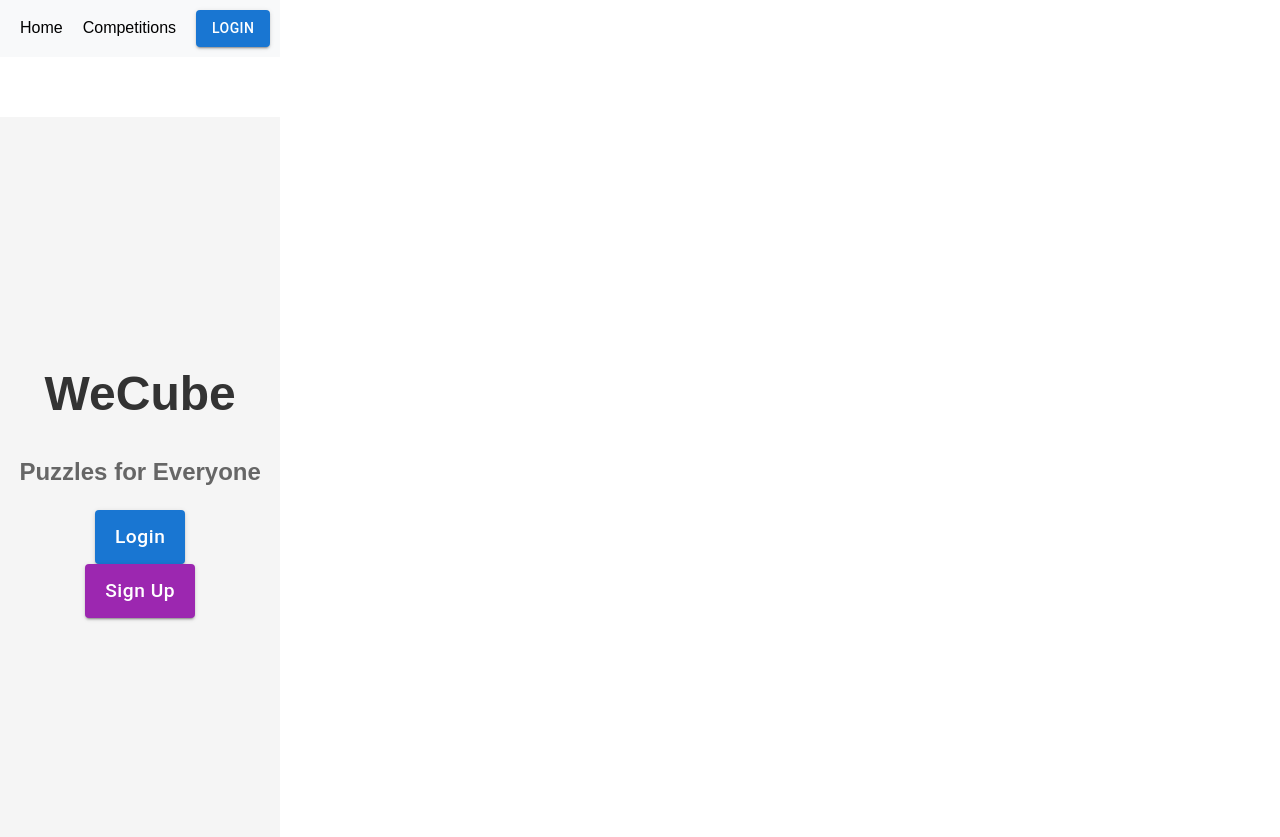
Repository: BWei22/wecube
Page: /
These files come from the project's save history. The page is drawn as it stood at one moment and after the next save; the edit follows.
The browser window is 1280 px wide. The pictures show the whole page.
The project was rebuilt for these pictures with package versions that can differ from the ones it lists, and the page was loaded fresh each time. Also part of the build but not shown: vite.config.js, src/pages/Competitions.css, src/pages/Competitions.jsx, src/pages/Listings.jsx, src/pages/CreateListing.css, src/pages/CreateListing.jsx, src/pages/ListingDetails.css, src/pages/ListingDetails.jsx and 13 more.

Above is the page before, as saved 2024-08-21 00:12:42.

### index.html
<!doctype html>
<html lang="en">
  <head>
    <meta charset="UTF-8" />
    <link rel="icon" type="image/svg+xml" href="/vite.svg" />
    <meta name="viewport" content="width=device-width, initial-scale=1.0" />
    <title>WeCube</title>
  </head>
  <body>
    <div id="root"></div>
    <script type="module" src="/src/main.jsx"></script>
  </body>
</html>

### src/App.jsx
import React from 'react';
import { BrowserRouter as Router, Routes, Route } from 'react-router-dom';
import Home from './pages/Home';
import Competitions from './pages/Competitions';
import Listings from './pages/Listings';
import CreateListing from './pages/CreateListing';
import ListingDetails from './pages/ListingDetails';
import EditListing from './pages/EditListing';
import Notifications from './pages/Notifications';
import Login from './pages/Login';
import SignUp from './pages/SignUp';
import PasswordRecovery from './components/PasswordRecovery';
import PrivateRoute from './components/PrivateRoute';
import NavBar from './components/NavBar';
import { AuthProvider } from './hooks/useAuth';
import Message from './pages/Message';
import Conversations from './pages/Conversations';
import Profile from './pages/Profile';
import './App.css';

const App = () => {
  return (
    <Router>
      <AuthProvider>
        <NavBar />
        <div className="main-container">
          <Routes>
            <Route path="/" element={<Home />} />
            <Route path="/competitions" element={<Competitions />} />
            <Route path="/listings/:competitionId" element={<Listings />} />
            <Route path="/create-listing/:competitionId" element={<PrivateRoute><CreateListing /></PrivateRoute>} />
            <Route path="/listing/:listingId" element={<ListingDetails />} />
            <Route path="/edit-listing/:listingId" element={<EditListing />} />
            <Route path="/notifications" element={<PrivateRoute><Notifications /></PrivateRoute>} />
            <Route path="/login" element={<Login />} />
            <Route path="/signup" element={<SignUp />} />
            <Route path="/password-recovery" element={<PasswordRecovery />} />
            <Route path="/messages/:listingId" element={<PrivateRoute><Message /></PrivateRoute>} />
            <Route path="/conversations" element={<PrivateRoute><Conversations /></PrivateRoute>} />
            <Route path="/profile" element={<PrivateRoute><Profile /></PrivateRoute>} />
          </Routes>
        </div>
      </AuthProvider>
    </Router>
  );
};

export default App;

### src/pages/Home.jsx
import React from "react";
import { useNavigate } from "react-router-dom";
import Button from '@mui/material/Button';
import './Home.css';

const Home = () => {
  const navigate = useNavigate();

  const handleLogin = () => {
    navigate("/login");
  };

  const handleSignUp = () => {
    navigate("/signup");
  };

  return (
    <div className="home">
      <h1>WeCube</h1>
      <h3>Puzzles for Everyone</h3>
      <Button variant="contained" color="primary" onClick={handleLogin}>
        Login
      </Button>
      <Button variant="contained" color="secondary" onClick={handleSignUp}>
        Sign Up
      </Button>
    </div>
  );
};

export default Home;

### src/components/NavBar.jsx
import React, { useState, useEffect } from 'react';
import { Link, useNavigate } from 'react-router-dom';
import { useAuth } from '../hooks/useAuth';
import { db } from '../firebaseConfig';
import { collection, query, where, onSnapshot } from 'firebase/firestore';
import Badge from '@mui/material/Badge';
import Button from '@mui/material/Button';
import './NavBar.css';

const NavBar = () => {
  const { user, username, signout } = useAuth();
  const navigate = useNavigate();
  const [newMessages, setNewMessages] = useState(0);

  useEffect(() => {
    if (!user) {
      console.log('No authenticated user found.');
      return;
    }

    // Query Firestore for unread messages where the recipient is the current user
    const q = query(
      collection(db, 'messages'),
      where('recipientId', '==', user.uid),
      where('isRead', '==', false)
    );

    const unsubscribe = onSnapshot(q, (querySnapshot) => {
      setNewMessages(querySnapshot.size); // Set the count of new messages
    });

    return () => unsubscribe(); // Clean up the subscription on unmount
  }, [user]);

  const handleLogout = () => {
    signout(() => navigate('/'));
  };

  return (
    <div className="navbar">
      <div className="navbar-left">
        <Link to="/">Home</Link>
        <Link to="/competitions">Competitions</Link>
      </div>
      <div className="navbar-right">
        {user ? (
          <>
            <Badge badgeContent={newMessages} color="error">
              <Link to="/conversations">Conversations</Link>
            </Badge>
            <Link to="/profile">Profile</Link>
            <Button onClick={handleLogout} variant="contained" color="secondary">Logout</Button>
            <span className="navbar-username">{username}</span>
          </>
        ) : (
          <Button onClick={() => navigate('/login')} variant="contained" color="primary">Login</Button>
        )}
      </div>
    </div>
  );
};

export default NavBar;

### src/hooks/useAuth.js
import React, { useState, useEffect, useContext, createContext } from 'react';
import {
  getAuth,
  createUserWithEmailAndPassword,
  signInWithEmailAndPassword,
  signOut,
  onAuthStateChanged,
  deleteUser as firebaseDeleteUser
} from 'firebase/auth';
import { doc, getDoc, setDoc, updateDoc, collection, deleteDoc, query, where, getDocs } from 'firebase/firestore';
import { db } from '../firebaseConfig';

const AuthContext = createContext();

export function AuthProvider({ children }) {
  const auth = useProvideAuth();
  return React.createElement(
    AuthContext.Provider,
    { value: auth },
    children
  );
}

export const useAuth = () => {
  return useContext(AuthContext);
};

function useProvideAuth() {
  const [user, setUser] = useState(null);
  const [username, setUsername] = useState('');
  const auth = getAuth();

  useEffect(() => {
    const unsubscribe = onAuthStateChanged(auth, async (user) => {
      if (user) {
        const userDocRef = doc(db, 'users', user.uid);
        const userDocSnap = await getDoc(userDocRef);

        if (userDocSnap.exists()) {
          const userData = userDocSnap.data();

          // Check if there is a pending email update
          if (userData.pendingEmail && user.emailVerified) {
            try {
              // Update the email to the pending email
              await updateEmail(user, userData.pendingEmail);

              // Clear the pending email in Firestore
              await updateDoc(userDocRef, { email: userData.pendingEmail, pendingEmail: '' });

              console.log('Email successfully updated to:', userData.pendingEmail);
            } catch (error) {
              console.error('Failed to update email:', error);
            }
          }
          setUser(user);
          setUsername(userDocSnap.data().username || '');
        }
      } else {
        setUser(null);
        setUsername('');
      }
    });

    return unsubscribe;
  }, [auth]);

  const signupWithEmailAndPassword = async (email, password) => {
    const result = await createUserWithEmailAndPassword(auth, email, password);
    const user = result.user;
    return user;
  };

  const signinWithEmailAndPassword = async (email, password) => {
    const result = await signInWithEmailAndPassword(auth, email, password);
    const user = result.user;
    return user;
  };

  const signout = async () => {
    await signOut(auth);
    setUser(null);
    setUsername('');
  };

  const updateUsername = async (newUsername) => {
    if (user) {
      const userDocRef = doc(db, 'users', user.uid);
      await setDoc(userDocRef, { username: newUsername }, { merge: true });
      setUsername(newUsername);  // Update the username in context, triggering a re-render
    }
  };

  const deleteAccount = async () => {
    if (!user) return;

    try {
      // Delete user's messages
      const messagesRef = collection(db, 'messages');
      const messagesQuery = query(messagesRef, where('senderId', '==', user.uid));
      const messagesSnapshot = await getDocs(messagesQuery);
      messagesSnapshot.forEach(async (doc) => {
        await deleteDoc(doc.ref);
      });

      // Delete user's listings
      const listingsRef = collection(db, 'listings');
      const listingsQuery = query(listingsRef, where('userId', '==', user.uid));
      const listingsSnapshot = await getDocs(listingsQuery);
      listingsSnapshot.forEach(async (doc) => {
        await deleteDoc(doc.ref);
      });

      // Delete user's conversations
      const conversationsRef = collection(db, 'conversations');
      const conversationsQuery = query(conversationsRef, where('participants', 'array-contains', user.uid));
      const conversationsSnapshot = await getDocs(conversationsQuery);
      conversationsSnapshot.forEach(async (doc) => {
        await deleteDoc(doc.ref);
      });

      // Delete user's data in Firestore
      const userDocRef = doc(db, 'users', user.uid);
      await deleteDoc(userDocRef);

      // Delete the Firebase user
      await firebaseDeleteUser(auth.currentUser);

      // Sign out the user
      await signout();

    } catch (error) {
      console.error('Failed to delete account:', error);
    }
  };


  return {
    user,
    username,
    setUser,
    setUsername,
    signupWithEmailAndPassword,
    signinWithEmailAndPassword,
    signout,
    updateUsername,
    deleteAccount,
  };
}

### src/App.css

body, html {
  margin: 0;
  padding: 0;
  height: 100%;
  width: 100%;
  font-family: Arial, sans-serif;
}

#root {
  height: 100%;
}

.main-container {
  display: flex;
  flex-direction: column;
  height: 100vh;
  padding-top: 60px;
}

### src/pages/Home.css

.home {
    display: flex;
    flex-direction: column;
    align-items: center;
    justify-content: center;
    height: 100vh;
    text-align: center;
    background-color: #f5f5f5;
  }

  .home h1 {
    font-size: 3rem;
    margin-bottom: 10px;
    color: #333;
  }

  .home h3 {
    font-size: 1.5rem;
    margin-bottom: 20px;
    color: #666;
  }

  .home button {
    padding: 10px 20px;
    font-size: 1.2rem;
    text-transform: none;
  }

### src/firebaseConfig.js
import { initializeApp } from "firebase/app";
import { getFirestore } from "firebase/firestore";
import { getAuth, onAuthStateChanged } from "firebase/auth";
import { getStorage } from "firebase/storage";

const firebaseConfig = {
  apiKey: "AIzaSyDYb4aSYo2bUTjyhVYMKNBykxSJtt_21Po",
  authDomain: "wecube-e0d78.firebaseapp.com",
  projectId: "wecube-e0d78",
  storageBucket: "wecube-e0d78.appspot.com",
  messagingSenderId: "412392652109",
  appId: "1:412392652109:web:bc3ad839badcf48e85cb04",
  measurementId: "G-3J43PF4YX8"
};

const app = initializeApp(firebaseConfig);
const db = getFirestore(app);
const auth = getAuth(app);
const storage = getStorage(app);

onAuthStateChanged(auth, (user) => {
  if (user) {
    console.log("User is signed in", user);
  } else {
    console.log("No user is signed in");
  }
});

export { db, auth, storage };

### src/pages/Listings.css
.listings-grid {
  display: grid;
  grid-template-columns: repeat(auto-fill, minmax(200px, 1fr));
  gap: 16px;
}

.listing-item {
  border: 1px solid #ccc;
  padding: 16px;
  border-radius: 8px;
  text-align: center;
  cursor: pointer;
  transition: box-shadow 0.3s ease, transform 0.3s ease;
}

.listing-item:hover {
  box-shadow: 0 4px 12px rgba(0, 0, 0, 0.2);
  transform: scale(1.05);
  background-color: #f0f0f0;
}

.listing-image {
  width: 100%;
  height: 150px;
  object-fit: cover;
  border-radius: 4px;
}

.listing-info {
  margin-top: 8px;
}

.listing-name {
  display: block;
  font-weight: bold;
  margin-bottom: 4px;
  color: #333;
}

.listing-price {
  display: block;
  color: #007BFF;
}

button {
  margin-top: 8px;
}

### src/components/NavBar.css
.navbar {
  display: flex;
  justify-content: space-between;
  padding: 10px;
  background-color: #f8f9fa;
}

.navbar-left,
.navbar-right {
  display: flex;
  align-items: center;
}

.navbar-left a,
.navbar-right a {
  margin: 0 10px;
  text-decoration: none;
  color: #000;
}

.navbar-right .navbar-username {
  margin-left: 10px;
  font-weight: bold;
}

.navbar-right button {
  margin-left: 10px;
}

Loaded but not shown: src/main.jsx (common file); src/index.css (common file)

After the next save:
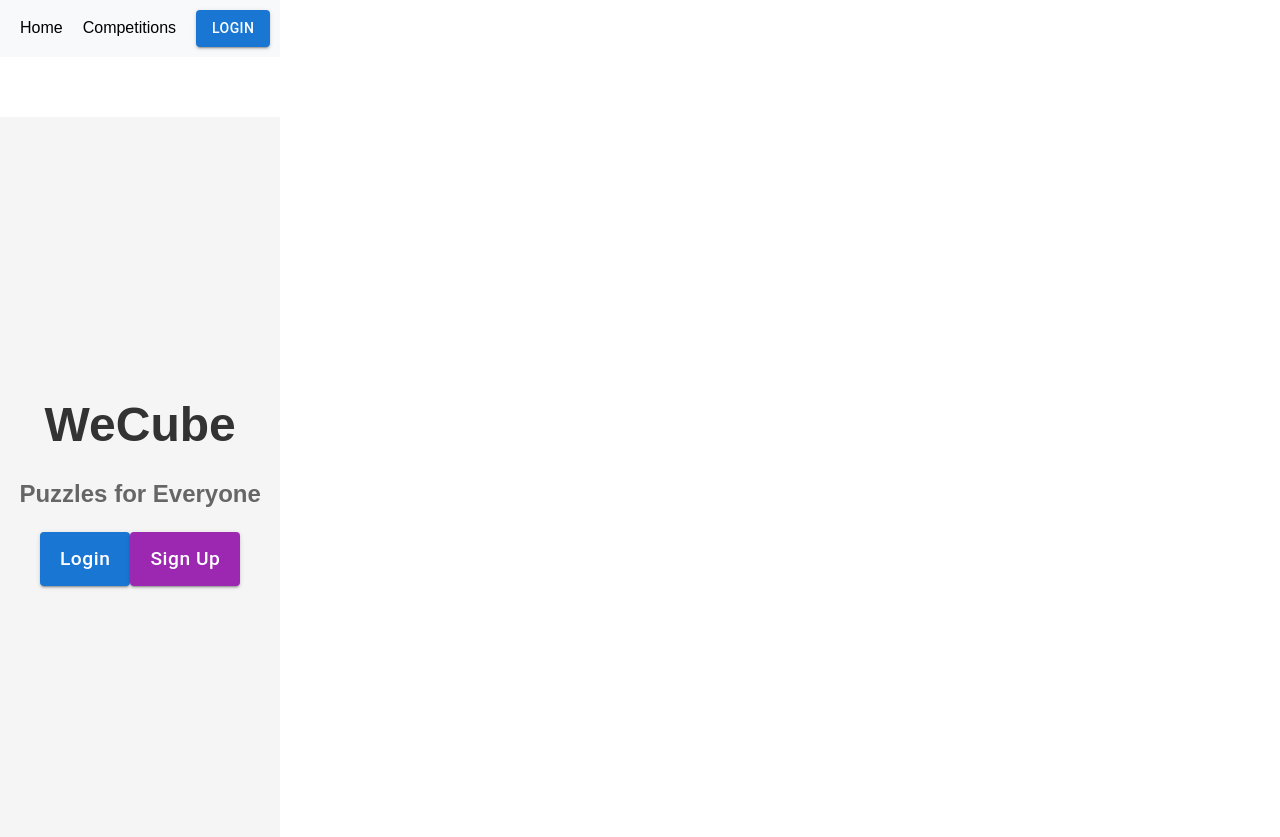
Saved 4 min 48 s later.
--- a/src/pages/Home.jsx
+++ b/src/pages/Home.jsx
@@ -16,14 +16,18 @@ const Home = () => {
 
   return (
     <div className="home">
-      <h1>WeCube</h1>
-      <h3>Puzzles for Everyone</h3>
-      <Button variant="contained" color="primary" onClick={handleLogin}>
-        Login
-      </Button>
-      <Button variant="contained" color="secondary" onClick={handleSignUp}>
-        Sign Up
-      </Button>
+      <div className="content">
+        <h1>WeCube</h1>
+        <h3>Puzzles for Everyone</h3>
+        <div className="button-group">
+          <Button variant="contained" color="primary" onClick={handleLogin}>
+            Login
+          </Button>
+          <Button variant="contained" color="secondary" onClick={handleSignUp}>
+            Sign Up
+          </Button>
+        </div>
+      </div>
     </div>
   );
 };
